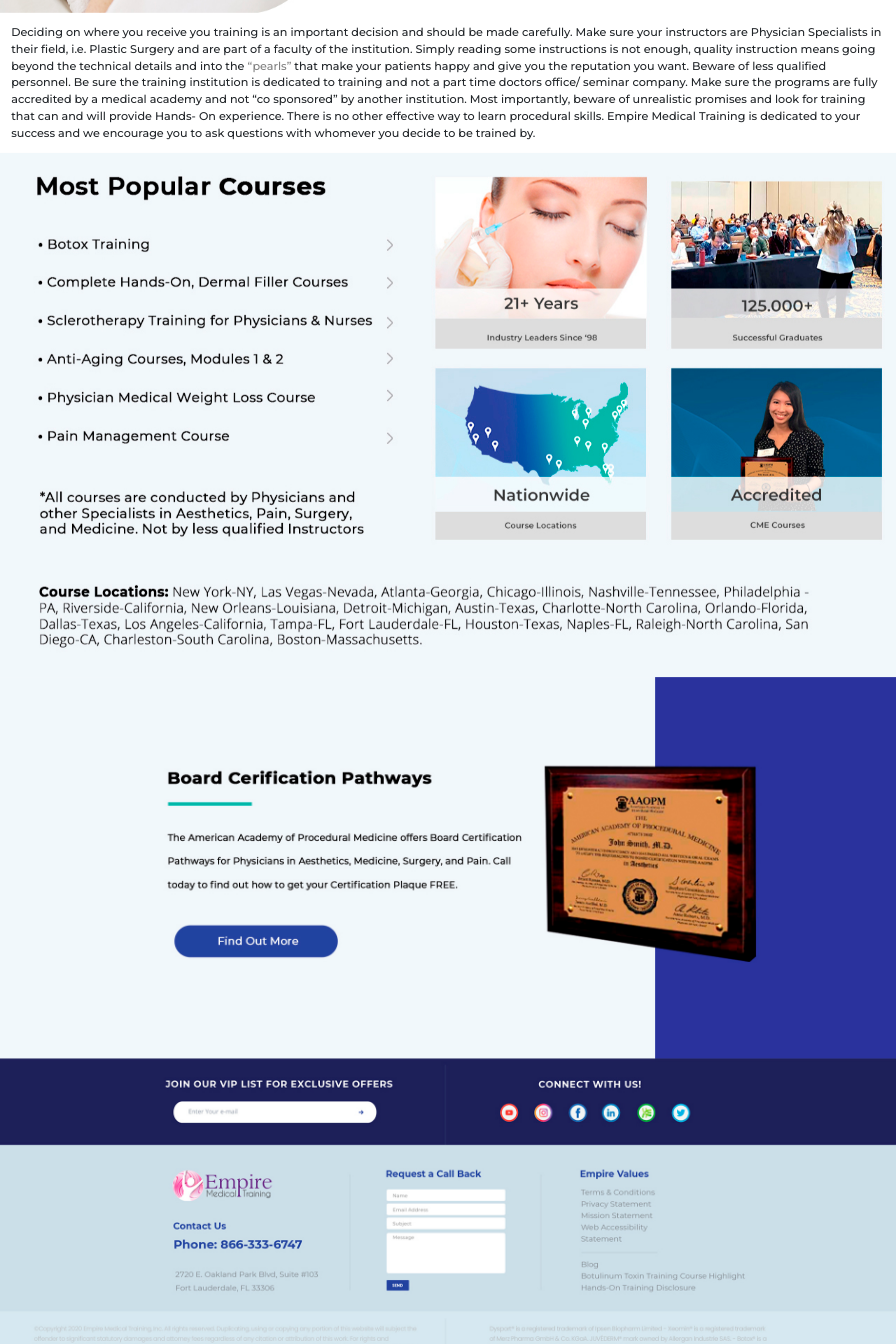
Repository: jorgi710/BODY-CONTOURING-INJECTABLES-AND-ADJUNCT-PROCEDURES
Page: our quarantee/file/public/index.html
The author's editor kept a copy of each file at every save. The page is drawn from the files as they stood at one save, then again after the next save.
The browser window is 1280 px wide. The pictures show the part of the page from y = 4536 to 6456 px (the page is 6480 px tall before and 6453 px after), at 70% of full size.

Above is the page before, as saved 2021-04-07 11:45:58.

After the next save:
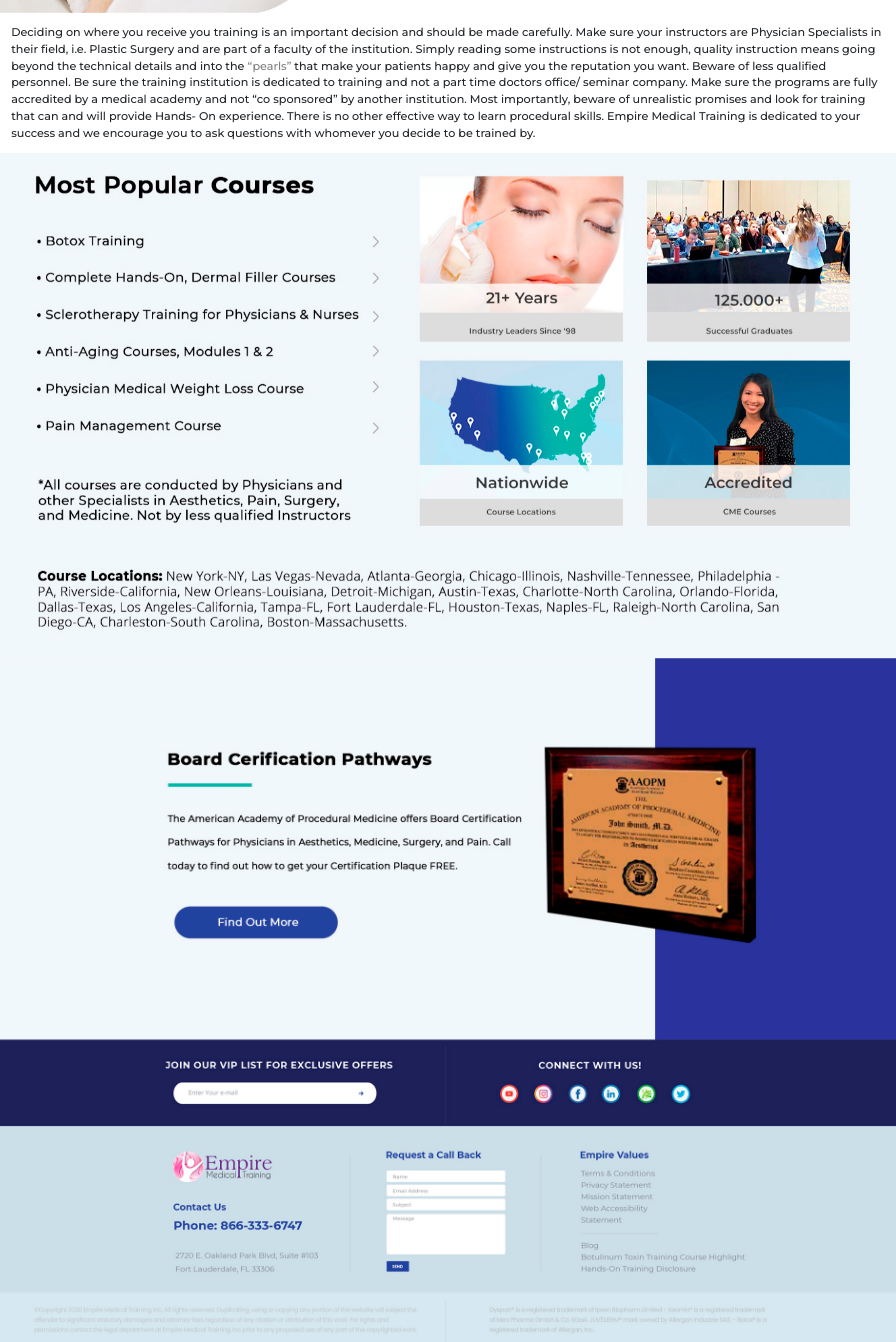
Saved 11 s later.
--- a/our quarantee/file/public/index.html
+++ b/our quarantee/file/public/index.html
@@ -322,7 +322,7 @@
         </p>
       </section>
       <section class="section_6">
-        <img src="img/section_6.jpg" alt="Most Popular Course Empire">
+        <img src="img/section_6.jpg" alt="Most Popular Course Empire" class=" img-fluid">
       </section>
     </main>
     <footer>
